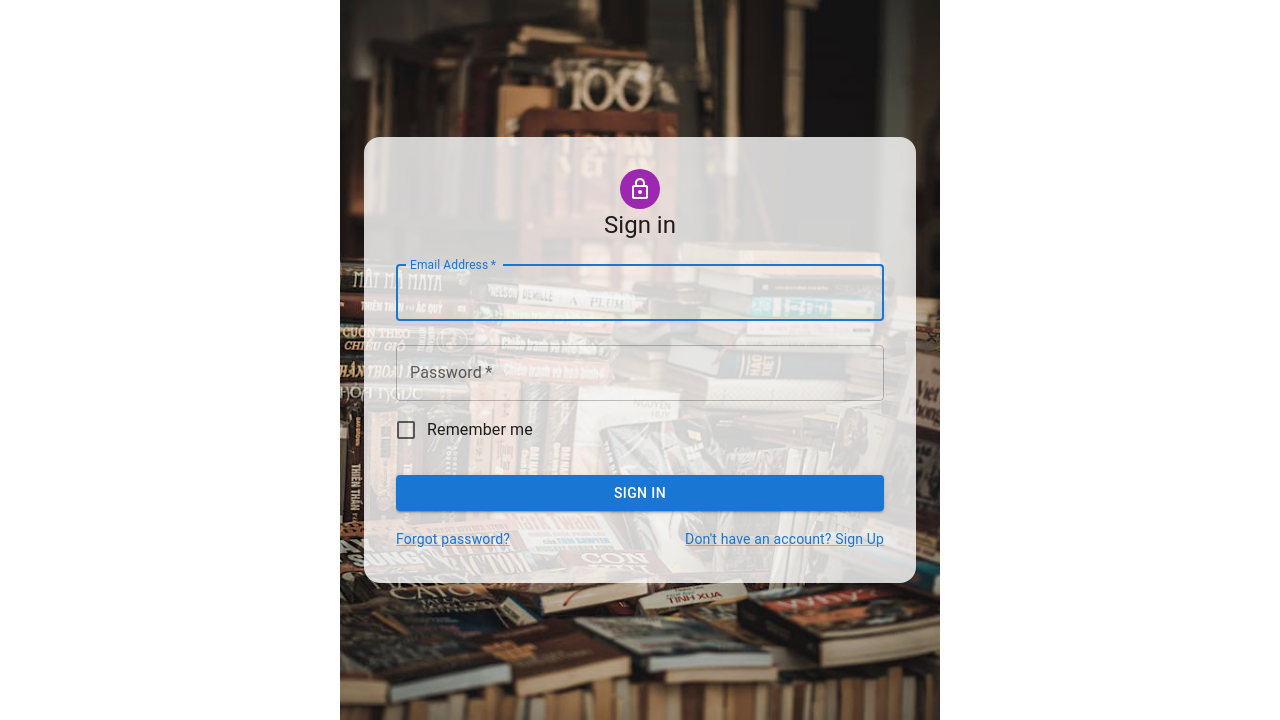
Repository: Milith97/Book-Borrowing-System
Page: /
The author's editor kept a copy of each file at every save. The page is drawn from the files as they stood at one save, then again after the next save.
The browser window is 1280 px wide. The pictures show the whole page.
The project was rebuilt for these pictures with package versions that can differ from the ones it lists, and the page was loaded fresh each time. Also part of the build but not shown: vite.config.js, src/Componnts/SignUp.jsx, src/index.css.

Above is the page before, as saved 2024-03-25 13:46:58.

After the next save:
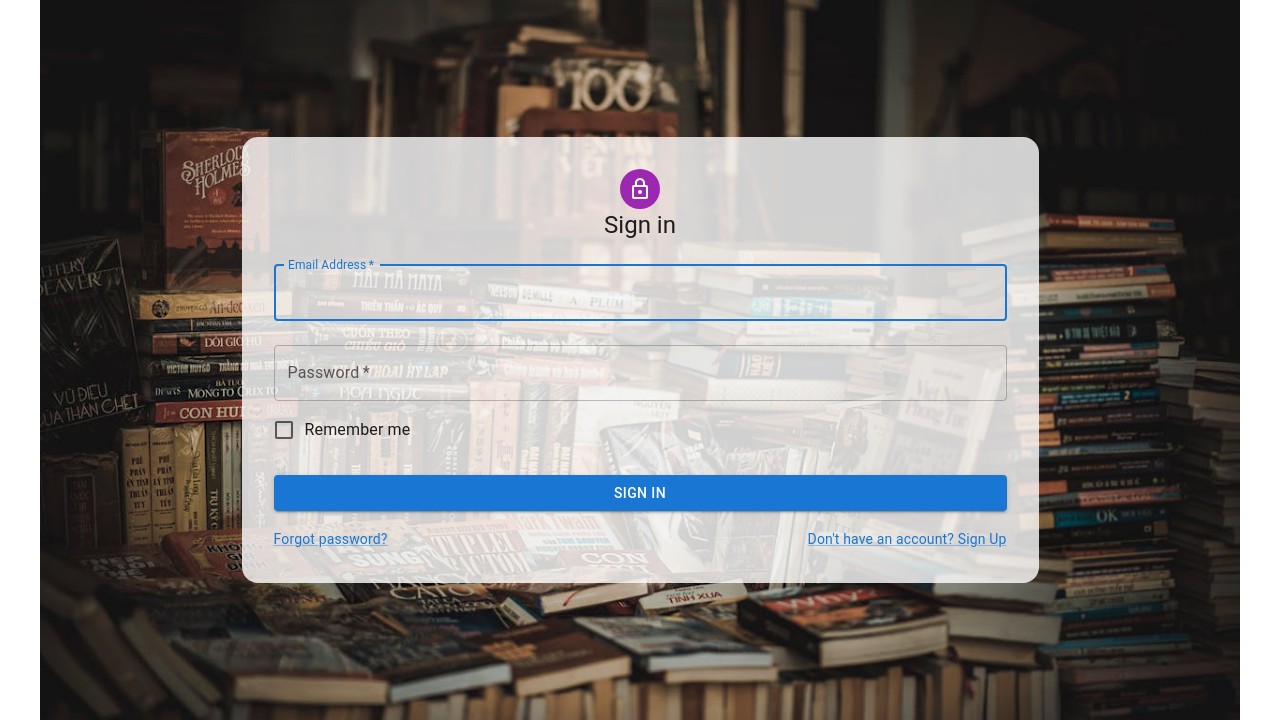
Saved 43 s later.
--- a/src/Componnts/SignIn.jsx
+++ b/src/Componnts/SignIn.jsx
@@ -24,7 +24,7 @@
     <ThemeProvider theme={defaultTheme}>
       <Container
         component="main"
-        maxWidth="sm"
+        maxWidth="lg"
         sx={{
           backgroundImage: `url(${signInImage})`,
           backgroundSize: 'cover',

After the save that followed:
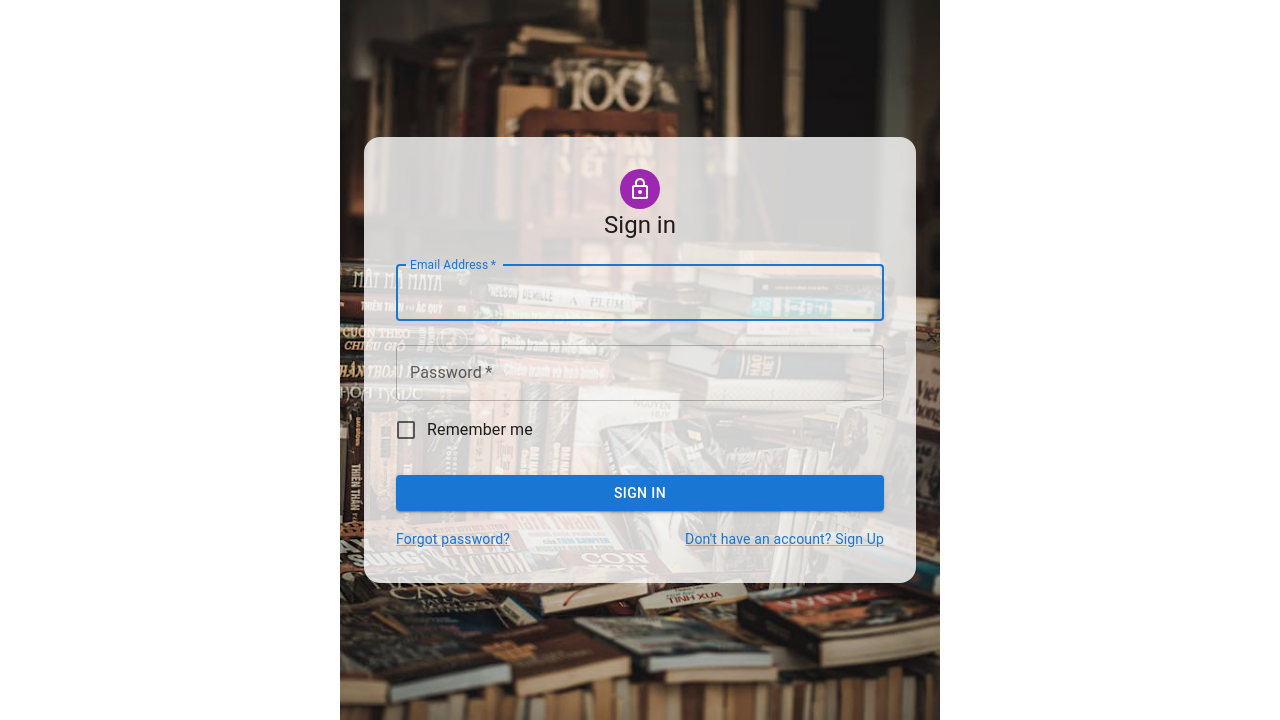
Saved 18 s later.
--- a/src/Componnts/SignIn.jsx
+++ b/src/Componnts/SignIn.jsx
@@ -24,7 +24,7 @@
     <ThemeProvider theme={defaultTheme}>
       <Container
         component="main"
-        maxWidth="lg"
+        maxWidth="sm"
         sx={{
           backgroundImage: `url(${signInImage})`,
           backgroundSize: 'cover',
